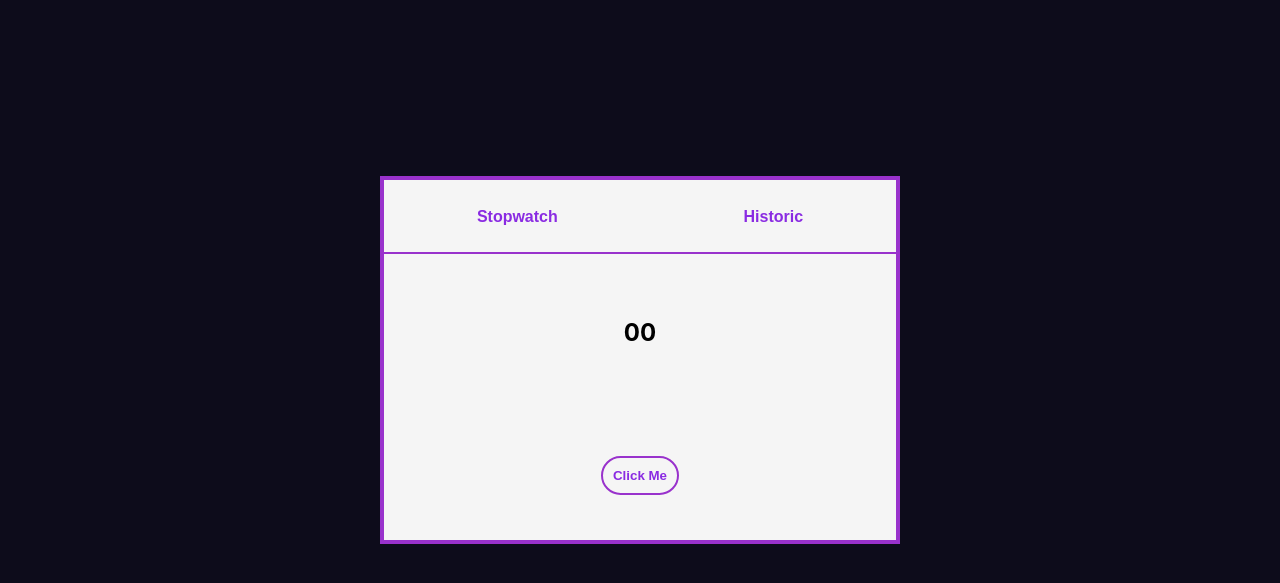
Repository: NicolasRSJ/fastdoubleclick
Page: /
An editor plug-in stored every save of this project. The page is shown before and after the next save, followed by the edit.
The browser window is 1280 px wide. The pictures show the whole page.
The project was rebuilt for these pictures with package versions that can differ from the ones it lists, and the page was loaded fresh each time.

Above is the page before, as saved 2022-10-27 22:18:47.

### src/App.js
import './App.css';
import { Stopwatch } from './Views/Stopwatch/Index';


function App() {
  return (
    <div className="App">
      <Stopwatch/>
    </div>
  );
}

export default App;

### src/App.css
.App {
  background-color: #0d0c1b;
  width: 100vw;
  height: 100vh;
  display: flex;
  flex-direction: column;
  align-items: center;
  justify-content: center;
  text-align: center;
}

### src/Views/Stopwatch/Index.jsx
import React, { useState, useEffect } from 'react'
import "./Index.css"

export const Stopwatch = () => {

    const [ time, setTime ] = useState(0)
    const [ start, setStart ] = useState(false)


    useEffect(() => {
        let interval = null;

        if(start) {
            interval = setInterval(() => {
                setTime((time) => time + 10);
            }, 10);
        }else if (!start){
            clearInterval(interval);
        }

        return () => clearInterval(interval)
    }, [start])

  return (
    <div className="container">
        <nav className="navigation">
            <p><a href='/'>Stopwatch</a></p>
            <p><a href='/historic'>Historic</a></p>
        </nav>
        <section className="contents">
            <h1>

                <span>{("0" + (Math.floor(time / 10) % 100)).slice(-2)}</span>
            </h1>
            <button onClick={() => {setStart(true)}}>Click Me</button>
        </section>
    </div>
  )
}

### src/Views/Stopwatch/Index.css
.container {
    width: 40%;
    height: 50vh;
    display: flex;
    flex-direction: column;
    background-color: whitesmoke;
    border: 4px solid darkorchid;
}

.navigation {
    width: 100%;
    height: 20%;
    display: flex;
    align-items: center;
    justify-content: space-around;
    border-bottom: 2px solid darkorchid;
}

.navigation p a {
    font-size: medium;
    font-weight: 600;
    text-decoration: none;
    font-family: sans-serif;
    color: blueviolet;
}

.contents {
    width: 100%;
    height: 80%;
    display: flex;
    align-items: center;
    justify-content: space-around;
    flex-direction: column;
}

.contents button {
    border: 2px solid darkorchid;
    border-radius: 100px;
    width: auto;
    height: auto;
    padding: 10px;
    background-color: whitesmoke;
    color: blueviolet;
    cursor: pointer;
    font-weight: 700;
}

.contents button:hover {
    border: none;
    background-color: darkorchid;
    color: white;
}

Loaded but not shown: public/index.html (common file); src/index.js (common file); src/index.css (common file); src/reportWebVitals.js (common file)

After the next save:
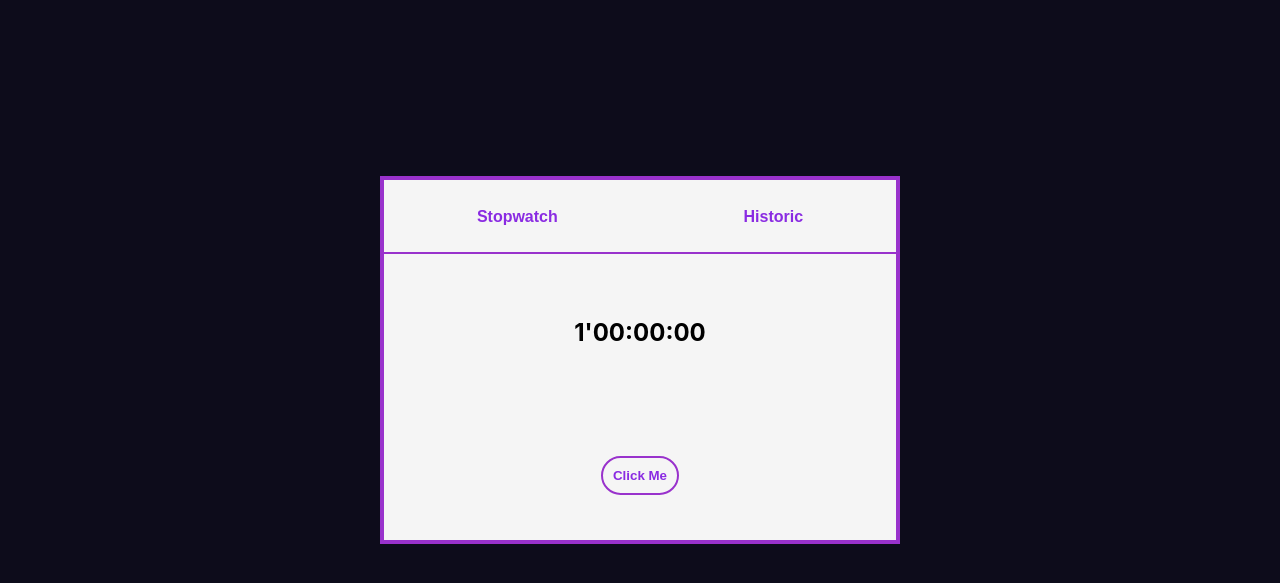
Saved 46 s later.
--- a/src/Views/Stopwatch/Index.jsx
+++ b/src/Views/Stopwatch/Index.jsx
@@ -28,8 +28,9 @@ export const Stopwatch = () => {
             <p><a href='/historic'>Historic</a></p>
         </nav>
         <section className="contents">
-            <h1>
-
+            <h1>1'
+                <span>{("0" + (Math.floor(time / 60000) % 60)).slice(-2)}:</span>
+                <span>{("0" + (Math.floor(time / 1000) % 60)).slice(-2)}:</span>
                 <span>{("0" + (Math.floor(time / 10) % 100)).slice(-2)}</span>
             </h1>
             <button onClick={() => {setStart(true)}}>Click Me</button>
